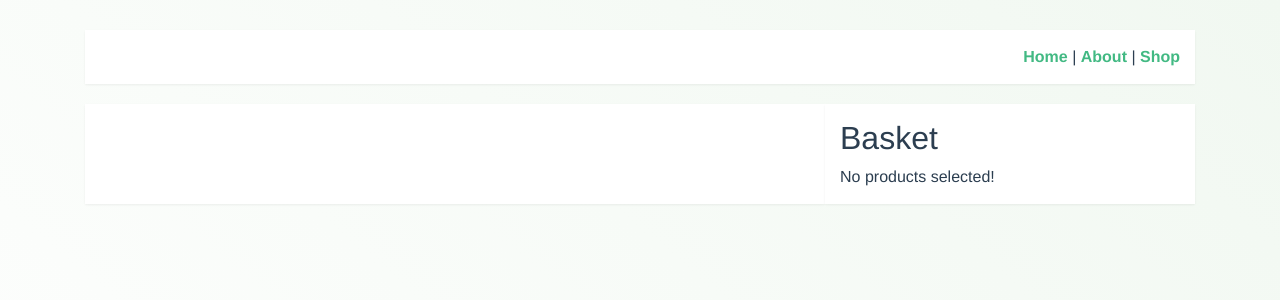
Repository: ramcd86/vuetest
Page: /#/shop
These files come from the project's save history. The page is drawn as it stood at one moment and after the next save; the edit follows.
The browser window is 1280 px wide. The pictures show the whole page.
Some web libraries are served in a nearby version. The project was rebuilt for these pictures with package versions that can differ from the ones it lists, and the page was loaded fresh each time. Requests to the local data server were answered from the project's data file. Also part of the build but not shown: src/components/HelloWorld.vue, src/views/Home.vue.

Above is the page before, as saved 2019-07-08 14:45:34.

### public/index.html
<!DOCTYPE html>
<html lang="en">
  <head>
    <meta charset="utf-8">
    <meta http-equiv="X-UA-Compatible" content="IE=edge">
    <meta name="viewport" content="width=device-width,initial-scale=1.0">
    <link rel="icon" href="<%= BASE_URL %>favicon.ico">
    <link href="https://stackpath.bootstrapcdn.com/bootstrap/4.3.1/css/bootstrap.min.css" rel="stylesheet" integrity="sha384-ggOyR0iXCbMQv3Xipma34MD+dH/1fQ784/j6cY/iJTQUOhcWr7x9JvoRxT2MZw1T" crossorigin="anonymous">
    <title>storeapp</title>
    <style>
    body {
      margin: 0px;
      padding: 0px;
    }
    .container-fluid {
      background: rgb(241,248,241);
      background: -moz-linear-gradient(220deg, rgba(241,248,241,1) 0%, rgba(255,255,255,1) 100%);
      background: -webkit-linear-gradient(220deg, rgba(241,248,241,1) 0%, rgba(255,255,255,1) 100%);
      background: linear-gradient(220deg, rgba(241,248,241,1) 0%, rgba(255,255,255,1) 100%);
      filter: progid:DXImageTransform.Microsoft.gradient(startColorstr="#f1f8f1",endColorstr="#ffffff",GradientType=1);
      min-height: 100vh;
      padding-bottom: 200px;
    }
    </style>
  </head>
  <body>
    <noscript>
      <strong>We're sorry but storeapp doesn't work properly without JavaScript enabled. Please enable it to continue.</strong>
    </noscript>
    <main  class="container-fluid">
    <div id="app"></div>
  </main>
    <!-- built files will be auto injected -->
    <script src="https://kit.fontawesome.com/5e1ed9e834.js"></script>

  </body>
</html>

### src/App.vue
<template>
  <div id="app">
    <div id="nav" class="container">
    <div class="row">
      <div class="col-12 block text-right">
            <router-link to="/">Home</router-link> |
            <router-link to="/about">About</router-link> |
            <router-link :to="{ name: 'shop', params: { queryData } }">Shop</router-link>
      </div>
    </div>
        <router-view />
    </div>

  </div>
</template>


<script>
import { get, post } from "@/helpers/Utilities.js";

export default {


  data() {
    return {
      get: get,
      post: post,

      queryData:  {
        shirts: '',
        shoes: ''
      }
    };
  },

  created() {
    this.get("http://localhost:3000/shirts").then(resp => {
      this.queryData.shirts = JSON.parse(resp);
    });
    this.get("http://localhost:3000/shoes").then(resp => {
      this.queryData.shoes = JSON.parse(resp);
    });

  },

  methods: {},

  mounted() {
    console.log(this.queryData);
  }
};
</script>


<style lang="scss">

.block {
  background-color: #fff;
  padding: 15px;
  // border-radius: 10px;
    box-shadow: 0 1px 3px rgba(0,0,0,0.03), 0 1px 2px rgba(0,0,0,0.03);
  transition: all 0.3s cubic-bezier(.25,.8,.25,1);
  margin-bottom: 20px
}

#app {
  font-family: "Avenir", Helvetica, Arial, sans-serif;
  -webkit-font-smoothing: antialiased;
  -moz-osx-font-smoothing: grayscale;
  // text-align: center;
  color: #2c3e50;
}
#nav {
  padding: 30px;
  a {
    font-weight: bold;
    color: #42b983;
    &.router-link-exact-active {
      color: #42b983;
    }
  }
}
</style>

### src/router.js
import Vue from 'vue'
import Router from 'vue-router'
import Home from './views/Home.vue'
import Shop from './views/Shop.vue'

Vue.use(Router)

export default new Router({
  routes: [
    {
      path: '/',
      name: 'home',
      component: Home
    },
    {
      path: '/shop',
      name: 'shop',
      component: Shop,
      props: true
    },
    {
      path: '/about',
      name: 'about',
      // route level code-splitting
      // this generates a separate chunk (about.[hash].js) for this route
      // which is lazy-loaded when the route is visited.
      component: () => import(/* webpackChunkName: "about" */ './views/About.vue')
    }
  ]
})

### src/helpers/Utilities.js
export const logger = (arg) => {
    console.log(arg);
}


export const post = (value) => {
    return new Promise((resolve, reject) => {
        const request = new XMLHttpRequest();
        request.timeout = 2000;
        request.open('POST', value.url, true);
        request.setRequestHeader('Content-Type', 'application/x-www-form-urlencoded; charset=UTF-8');
        request.send(value.data);
        request.onreadystatechange = (e) => {
            if (request.readyState === 4) {
                if (request.status === 200) {
                    resolve(request.response);
                } else {
                    reject(request.status);
                }
            }
        };
        request.timeout = () => {
            reject("The operation timed out.");
        };
    });

}

export const get = (url) => {
    return new Promise((resolve, reject) => {
        const request = new XMLHttpRequest();
        request.timeout = 2000;
        request.onreadystatechange = function (e) {
            if (request.readyState === 4) {
                if (request.status === 200) {
                    resolve(request.response);
                } else {
                    reject(request.status);
                }
            }
        };
        request.ontimeout = function () {
            reject("The operation timed out.");
        };
        request.open('get', url, true);
        request.send();
    });
}

### src/views/Shop.vue

// Template
<template>
    <div class="row">
    <div class="col-8 block text-left">
        <ProductList v-bind:products="queryData"></ProductList>
    </div>
    <div class="col-4 block text-left">
        <CheckoutStageOne></CheckoutStageOne>
    </div>

    </div>
</template>

// Script
<script>

import ProductList from '@/components/ProductList.vue'
import CheckoutStageOne from '@/components/CheckoutStageOne.vue'

export default {

    components: {
        ProductList,
        CheckoutStageOne
    },

    name: 'shop',

    props: ['queryData'],

    data() {
        return {
            dataSet: [],
            inputData: ''
            }
    },

    created() {
        this.dataSet = this.queryData;
    },

    mounted() {
        // console.log(this.dataSet);
    },

    // watch: {
    //     inputData(val) {
    //         console.log(val)
    //     }
    // }
}
</script>

// Style
<style lang="scss" scoped>


</style>

### src/components/ProductList.vue

// Template
<template>
    <div class="row">
        <div class="col-12">
        <div class="row">
                <div class="col-12 header">See our range of Shirts!</div>
                <div class="col-4 clothing-item" v-for="item in products.shirts" v-bind:key="item.id">

                    <div class="col-12 text-center"><i class="fab fa-shirtsinbulk"></i></div>

                    <div class="col-12 text-center"><h2>{{item.shirtName}}</h2></div>

                    <div class="col-12 form-group">
                        <label for="shirtColor">Shirt Color:</label>
                        <select id="shirtColor" class="form-control">
                            <option v-for="(color, index) in item.shirtColor" :key="`color-${index}`" :value="color">{{color}}</option>
                        </select>
                    </div>
                    <div class="col-12 form-group">
                        <label for="shirtSize">Shirt Size:</label>
                        <select id="shirtSize" class="form-control">
                            <option v-for="(size, index) in item.shirtSize" :key="`size-${index}`" :value="size">{{size}}</option>
                        </select>
                    </div>
                    <div class="col-12">
                        <div class="row">
                            <div class="col-12 text-center"><h3>£{{item.price}}</h3></div>
                        </div>
                    </div>


                </div>
        </div>

        </div>
    </div>
</template>

// Script
<script>
export default {
    name: 'productlist',

    props: {
        products: Object
    },

    data() {
        return {
            productData: [],
            // productData: ''
            }
    },

    created() {
        this.dataSet = this.productData;
    },

    mounted() {
        console.log(this.products.shirts);
    },

    watch: {
        inputData(val) {
            console.log(val)
        }
    }
}
</script>

// Style
<style lang="scss" scoped>

    label {
        font-size: 14px;
        font-weight: 300;
    }

    .header {
        background-color: rgb(252, 252, 252);
        // margin-left: 15px;
        font-size: 22px;
        font-weight: 600;
        padding: 10px;
        margin-bottom: 15px;
        box-shadow: 0 1px 3px rgba(0,0,0,0.03), 0 1px 2px rgba(0,0,0,0.03);
        transition: all 0.3s cubic-bezier(.25,.8,.25,1);
    }

    i {
        font-size: 160px;
        margin-top: 10px;
        margin-bottom: 10px;
        color: #555;
    }

    h2 {
        font-size: 26px;
        font-weight: 900;
    }

    h3 {
        padding-top: 3px;
        font-size: 22px;
        color: green;
        font-weight: 600;
    }

    .clothing-item {
        margin: {
            top: 10px;
            bottom: 45px;
        }
        padding-bottom: 10px;
        border-bottom: 10px solid white;
        &:hover {
            background-color: rgb(247, 255, 248);
            cursor: pointer;
            border-bottom: 10px solid #eee;
            h3 {
                text-decoration: underline;
            }
            i {
                color: green;
            }
        }
    }

</style>

### src/components/CheckoutStageOne.vue
<template>
    <div class="row">
        <div class="col-12">
            <h2>Basket</h2>
        </div>
        <div v-if="!selectedProducts" class="col-12">
            <span class="checkout-item">No products selected!</span>
        </div>
        <div v-if="selectedProducts" class="col-12">
            <span class="checkout-item">{{selectedProducts.name}}</span>
            <span class="checkout-item">{{selectedProducts.size}}</span>
            <span class="checkout-item">{{selectedProducts.color}}</span>
            <span class="checkout-item">{{selectedProducts.price}}</span>
            <span class="checkout-item">{{selectedProducts.quantity}}</span>
        </div>

    </div>
</template>

<script>
export default {
    name: 'checkoutstageone',

    props: {
        selectedProducts: Object
    },

    data() {
        return {

        }
    }
}
</script>

<style lang="scss" scoped>

    .checkout-item {
        display: block;
    }

</style>

### src/mock/db.json
{
  "employees": [
    {
      "id": 1,
      "first_name": "Sebastian",
      "last_name": "Eschweiler",
      "email": "sebastian@codingthesmartway.com"
    },
    {
      "id": 2,
      "first_name": "Steve",
      "last_name": "Palmer",
      "email": "steve@codingthesmartway.com"
    },
    {
      "id": 3,
      "first_name": "Ann",
      "last_name": "Smith",
      "email": "ann@codingthesmartway.com"
    }
  ],
  "shirts": [
    {
      "id": 1,
      "shirtName": "Long Polo",
      "shirtColor": ["Black", "White", "Hawaiian", "Blue", "Yellow", "Red", "Green"],
      "shirtSize": ["XXS", "XS", "S", "M", "L", "XL", "XXL"],
      "price": 10.99
    },
    {
        "id": 2,
        "shirtName": "V-Neck Cuff",
        "shirtColor": ["Black", "White", "Hawaiian", "Blue", "Yellow", "Red", "Green"],
        "shirtSize": ["XXS", "XS", "S", "M", "L", "XL", "XXL"],
        "price": 9.99
      },
      {
        "id": 3,
        "shirtName": "Patch Tee",
        "shirtColor": ["Black", "White", "Hawaiian", "Blue", "Yellow", "Red", "Green"],
        "shirtSize": ["XXS", "XS", "S", "M", "L", "XL", "XXL"],
        "price": 13.99
      },
      {
        "id": 4,
        "shirtName": "High Tee",
        "shirtColor": ["Black", "White", "Hawaiian", "Blue", "Yellow", "Red", "Green"],
        "shirtSize": ["XXS", "XS", "S", "M", "L", "XL", "XXL"],
        "price": 19.99
      },
      {
        "id": 5,
        "shirtName": "Low Tee",
        "shirtColor": ["Black", "White", "Hawaiian", "Blue", "Yellow", "Red", "Green"],
        "shirtSize": ["XXS", "XS", "S", "M", "L", "XL", "XXL"],
        "price": 20.99
      },
      {
        "id": 6,
        "shirtName": "Round Cut",
        "shirtColor": ["Black", "White", "Hawaiian", "Blue", "Yellow", "Red", "Green"],
        "shirtSize": ["XXS", "XS", "S", "M", "L", "XL", "XXL"],
        "price": 16.99
      },
      {
        "id": 7,
        "shirtName": "Short Cut",
        "shirtColor": ["Black", "White", "Hawaiian", "Blue", "Yellow", "Red", "Green"],
        "shirtSize": ["XXS", "XS", "S", "M", "L", "XL", "XXL"],
        "price": 12.99
      },
      {
        "id": 8,
        "shirtName": "Button Trim",
        "shirtColor": ["Black", "White", "Hawaiian", "Blue", "Yellow", "Red", "Green"],
        "shirtSize": ["XXS", "XS", "S", "M", "L", "XL", "XXL"],
        "price": 7.99
      },
      {
        "id": 9,
        "shirtName": "High Top Cut",
        "shirtColor": ["Black", "White", "Hawaiian", "Blue", "Yellow", "Red", "Green"],
        "shirtSize": ["XXS", "XS", "S", "M", "L", "XL", "XXL"],
        "price": 5.99
      }
  ],
  "shoes": [
    {
      "id": 1,
      "shirtName": "Nike Run",
      "shirtColor": ["Street", "Green", "Rainbow", "Panther", "Cammo", "Sports", "Electric"],
      "shirtSize": [4, 5, 6, 7, 8, 9, 10, 11, 12, 13],
      "price": 59.99
    },
    {
        "id": 2,
        "shirtName": "Asics Treader",
        "shirtColor": ["Street", "Green", "Rainbow", "Panther", "Cammo", "Sports", "Electric"],
        "shirtSize": [4, 5, 6, 7, 8, 9, 10, 11, 12, 13],
        "price": 49.99
      },
      {
        "id": 3,
        "shirtName": "Reebok Feet",
        "shirtColor": ["Street", "Green", "Rainbow", "Panther", "Cammo", "Sports", "Electric"],
        "shirtSize": [4, 5, 6, 7, 8, 9, 10, 11, 12, 13],
        "price": 99.99
      },
      {
        "id": 4,
        "shirtName": "Addidias Hiker",
        "shirtColor": ["Street", "Green", "Rainbow", "Panther", "Cammo", "Sports", "Electric"],
        "shirtSize": [4, 5, 6, 7, 8, 9, 10, 11, 12, 13],
        "price": 39.99
      },
      {
        "id": 5,
        "shirtName": "Maran AmBUlates",
        "shirtColor": ["Street", "Green", "Rainbow", "Panther", "Cammo", "Sports", "Electric"],
        "shirtSize": [4, 5, 6, 7, 8, 9, 10, 11, 12, 13],
        "price": 149.99
      },
      {
        "id": 6,
        "shirtName": "House Sprinters",
        "shirtColor": ["Street", "Green", "Rainbow", "Panther", "Cammo", "Sports", "Electric"],
        "shirtSize": [4, 5, 6, 7, 8, 9, 10, 11, 12, 13],
        "price": 89.99
      },
      {
        "id": 7,
        "shirtName": "Dukang Ionics",
        "shirtColor": ["Street", "Green", "Rainbow", "Panther", "Cammo", "Sports", "Electric"],
        "shirtSize": [4, 5, 6, 7, 8, 9, 10, 11, 12, 13],
        "price": 239.99
      },
      {
        "id": 8,
        "shirtName": "Yeezy's",
        "shirtColor": ["Street", "Green", "Rainbow", "Panther", "Cammo", "Sports", "Electric"],
        "shirtSize": [4, 5, 6, 7, 8, 9, 10, 11, 12, 13],
        "price": 239.99
      },
      {
        "id": 9,
        "shirtName": "Fetchwear Black Opal",
        "shirtColor": ["Black", "White", "Hawaiian", "Blue", "Yellow", "Red", "Green"],
        "shirtSize": ["XXS", "XS", "S", "M", "L", "XL", "XXL"],
        "price": 74.99
      }
  ]
}

Loaded but not shown: src/main.js (common file)

After the next save:
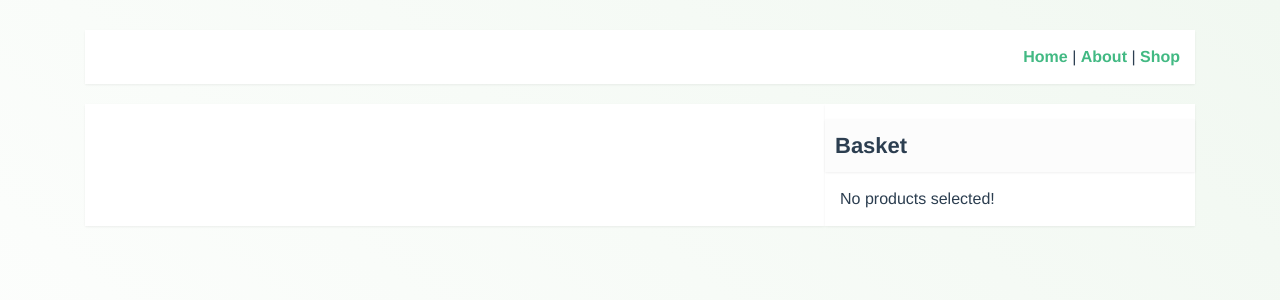
Saved 45 s later.
--- a/src/components/CheckoutStageOne.vue
+++ b/src/components/CheckoutStageOne.vue
@@ -1,7 +1,7 @@
 <template>
     <div class="row">
-        <div class="col-12">
-            <h2>Basket</h2>
+        <div class="col-12 header">
+            Basket
         </div>
         <div v-if="!selectedProducts" class="col-12">
             <span class="checkout-item">No products selected!</span>
@@ -35,6 +35,17 @@ export default {
 
 <style lang="scss" scoped>
 
+    .header {
+        background-color: rgb(252, 252, 252);
+        // margin-left: 15px;
+        font-size: 22px;
+        font-weight: 600;
+        padding: 10px;
+        margin-bottom: 15px;
+        box-shadow: 0 1px 3px rgba(0,0,0,0.03), 0 1px 2px rgba(0,0,0,0.03);
+        transition: all 0.3s cubic-bezier(.25,.8,.25,1);
+    }
+
     .checkout-item {
         display: block;
     }
